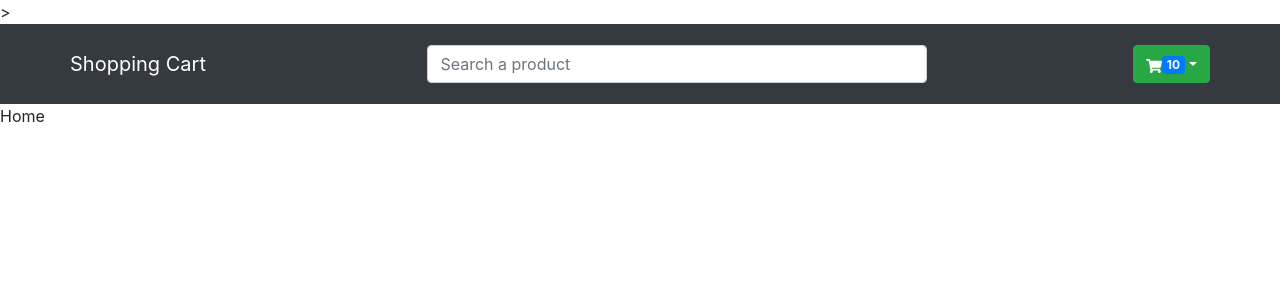
Repository: GokulDev4U/Ecommerce_filter
Page: /
These files come from the project's save history. The page is drawn as it stood at one moment and after the next save; the edit follows.
The browser window is 1280 px wide. The pictures show the whole page.
The project was rebuilt for these pictures with package versions that can differ from the ones it lists, and the page was loaded fresh each time. Also part of the build but not shown: src/Components/Cart.jsx.

Above is the page before, as saved 2022-06-18 23:08:13.

### src/context/Context.js
import { useReducer } from "react";
import { createContext } from "react";
import faker from "faker";
import { cartReducer, productReducer } from "./Reducers";

const Cart = createContext();
const Context = ({ children }) => {
  const products = [...Array(20)].map(() => ({
    id: faker.datatype.uuid(),
    name: faker.commerce.productName(),
    price: faker.commerce.price(),
    image: faker.random.image(),
    inStock: faker.random.arrayElement([0, 3, 5, 6, 7]),
    fastDelivery: faker.datatype.boolean(),
    ratings: faker.random.arrayElement([1, 2, 3, 4, 5]),
  }));

  const [state, dispatch] = useReducer(cartReducer, {
    products: products,
    cart: [],
  });

  const [productState, productDispatch] = useReducer(productReducer, {
    byStock: false,
    byFastDelivery: false,
    byRating: 0,
    searchQuery: "",
  });

  return (
    <Cart.Provider value={{ state, dispatch, productState, productDispatch }}>
      >{children}
    </Cart.Provider>
  );
};
export default Context;

### src/Components/Header.jsx
import React from 'react';
import { Badge, Container, Dropdown, FormControl, Nav, Navbar } from 'react-bootstrap';
import { Link } from 'react-router-dom';
import { FaShoppingCart } from 'react-icons/fa';

const Header = () => {
    return (
        <Navbar bg="dark" variant="dark" style={{ height: 80 }}>
            <Container>
                <Navbar.Brand>
                    <Link to='/'>Shopping Cart</Link>
                </Navbar.Brand>
                <Navbar.Text className='search'>
                    <FormControl style={{ width: 500 }}
                        placeholder="Search a product"
                        className='m-auto'
                    />
                </Navbar.Text>
                <Nav>
                    <Dropdown alignRight>
                        <Dropdown.Toggle variant="success" >
                            <FaShoppingCart color="white" fontsize="25px" />
                            <Badge>{10}</Badge>
                        </Dropdown.Toggle>
                        <Dropdown.Menu style={{ minWidth: 370 }}>
                            <span style={{ padding: 10 }}>
                                Cart is Empty
                            </span>
                        </Dropdown.Menu>
                    </Dropdown>
                </Nav>
            </Container>
        </Navbar >
    );
};

export default Header;

### src/Components/Home.jsx
import React from 'react';

const Home = () => {
    return (
        <div>Home</div>
    );
};

export default Home;

### src/context/Reducers.js
export const cartReducer = (state, action) => {
  switch (action.type) {
    case "ADD_TO_CART":
      return { ...state, cart: [...state.cart, { ...action.payload, qty: 1 }] };
    case "REMOVE_FROM_CART":
      return {
        ...state,
        cart: state.cart.filter((c) => c.id !== action.payload.id),
      };
    case "CHANGE_CART_QTY":
      return {
        ...state,
        cart: state.cart.filter((c) =>
          c.id === action.payload.id ? (c.qty = action.payload.qty) : c.qty
        ),
      };
    default:
      return state;
  }
};

export const productReducer = (state, action) => {
  switch (action.type) {
    case "SORT_BY_PRICE":
      return { ...state, sort: action.payload };
    case "FILTER_BY_STOCK":
      return { ...state, byStock: !state.byStock };
    case "FILTER_BY_DELIVERY":
      return { ...state, byFastDelivery: !state.byFastDelivery };
    case "FILTER_BY_RATING":
      return { ...state, byRating: action.payload };
    case "FILTER_BY_SEARCH":
      return { ...state, searchQuery: action.payload };
    case "CLEAR_FILTERS":
      return { byStock: false, byFastDelivery: false, byRating: 0 };
    default:
      return state;
  }
};

Loaded but not shown: public/index.html (common file); src/index.js (common file); src/index.css (common file); src/App.js (common file); src/App.css (common file)

After the next save:
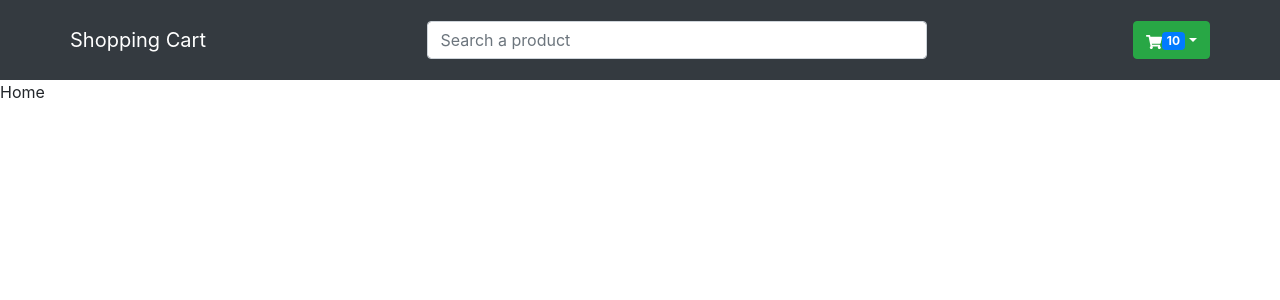
Saved 2 min 19 s later.
--- a/src/context/Context.js
+++ b/src/context/Context.js
@@ -29,7 +29,7 @@ const Context = ({ children }) => {
 
   return (
     <Cart.Provider value={{ state, dispatch, productState, productDispatch }}>
-      >{children}
+      {children}
     </Cart.Provider>
   );
 };
